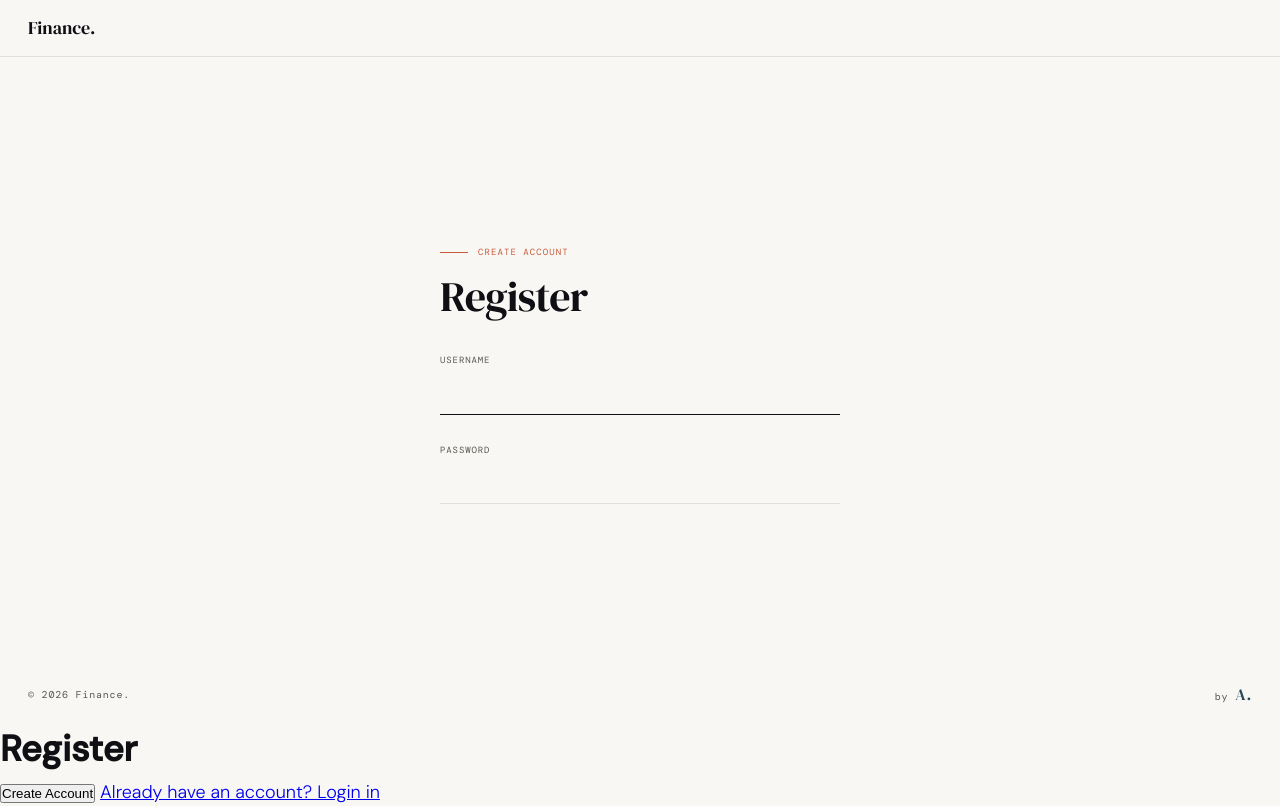
Repository: adtm0/Fined
Page: tracker/templates/tracker/register.html
The author's editor kept a copy of each file at every save. The page is drawn from the files as they stood at one save, then again after a run of saves.
The browser window is 1280 px wide. The pictures show the whole page.
Some web fonts or font styles are not loaded; a fallback is used. The template is drawn by Django 4.2. The application's start-up code is not run. The template is opened directly, without the code that normally fills it, so the values that code supplies are empty.

Above is the page before, as saved 2026-05-01 21:48:07.

After the next 2 saves:
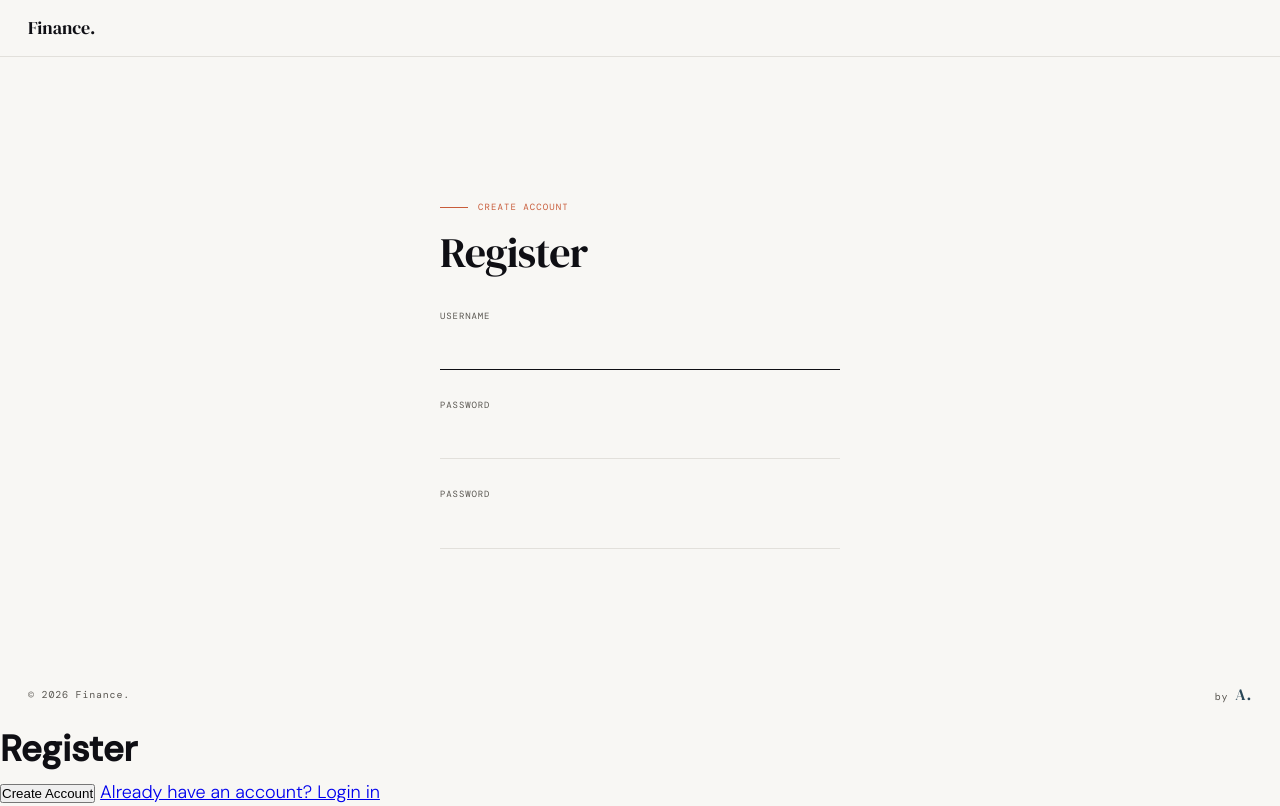
The 2 saves are shown as one change because they came seconds apart.
The last was saved 11 s later.
--- a/tracker/templates/tracker/register.html
+++ b/tracker/templates/tracker/register.html
@@ -20,6 +20,9 @@
       <label>Password</label>
       <input type="password" name="password1"></input>
 
+      <label>Password</label>
+      <input type="password" name="password1"></input>
+
     </form>
 
   </div>
